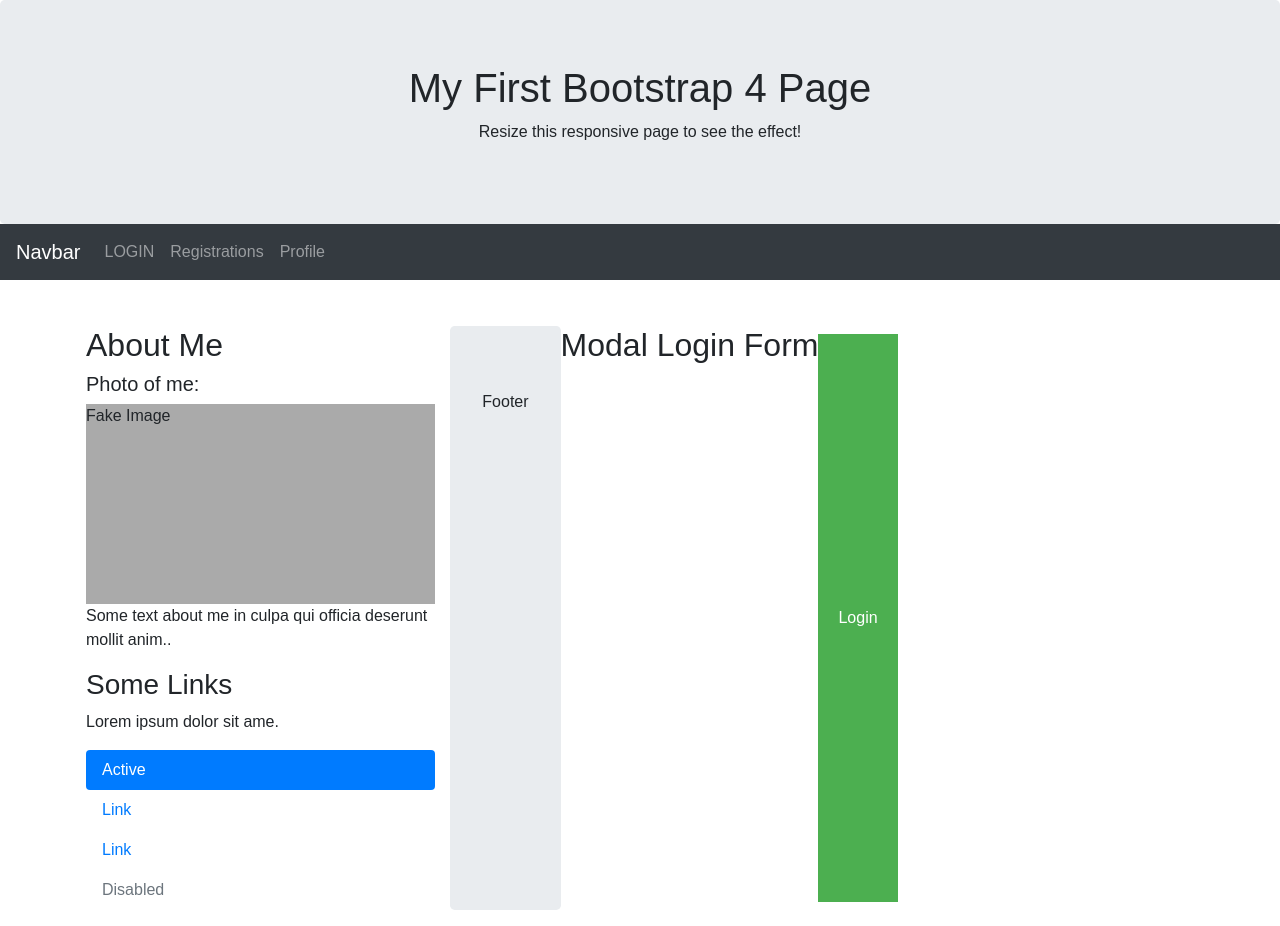
Repository: Ajaykrishna4774/springExamples
Page: deva/WebContent/NewFile.html
The author's editor kept a copy of each file at every save. The page is drawn from the files as they stood at one save, then again after the next save.
The browser window is 1280 px wide. The pictures show the whole page.

Above is the page before, as saved 2020-01-18 11:26:47.

After the next save:
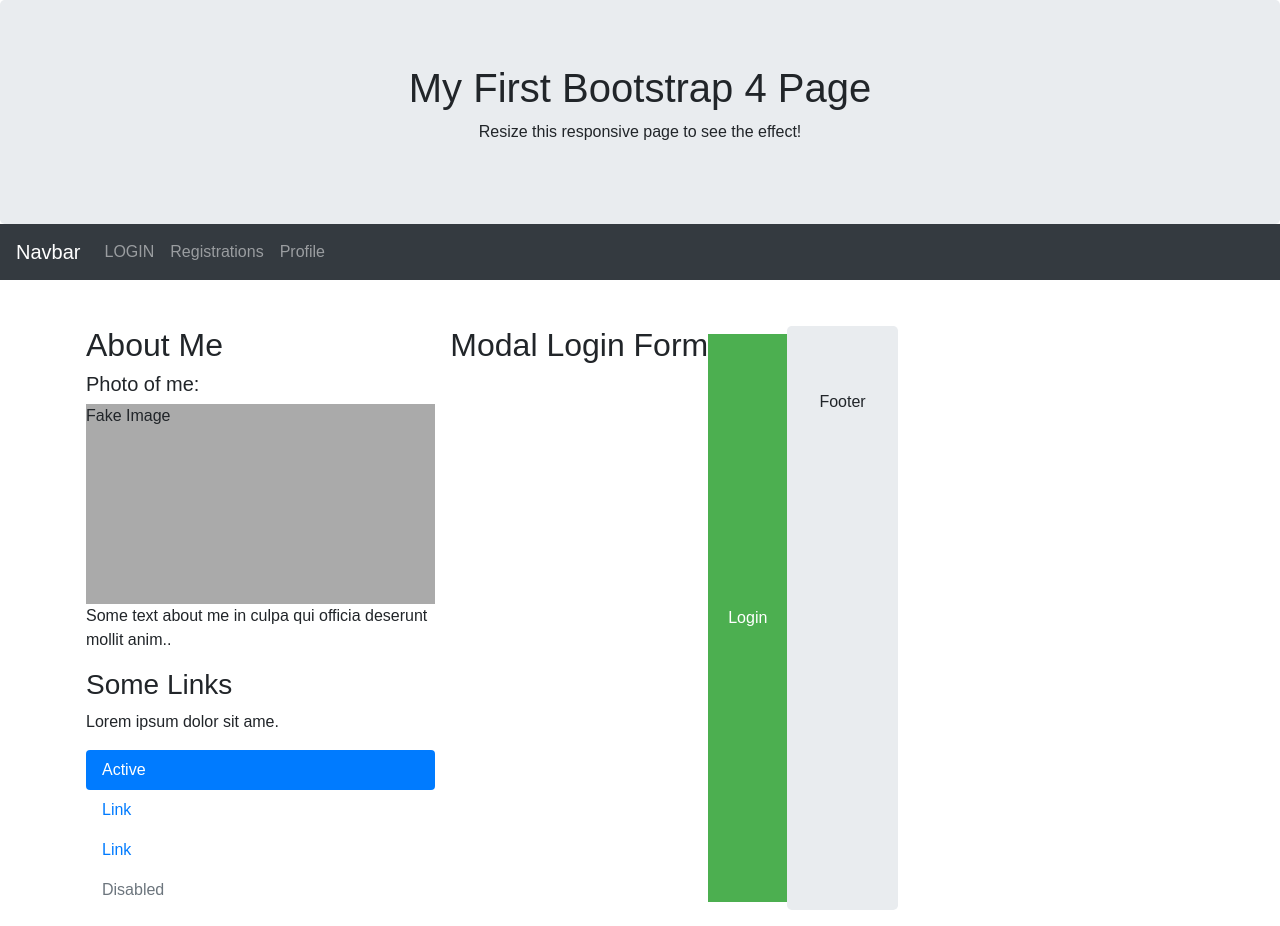
Saved 2 min 7 s later.
--- a/deva/WebContent/NewFile.html
+++ b/deva/WebContent/NewFile.html
@@ -192,9 +192,6 @@ span.psw {
       <hr class="d-sm-none">
     </div>
 
-<div class="jumbotron text-center" style="margin-bottom:0">
-  <p>Footer</p>
-</div>
 
 <h2>Modal Login Form</h2>
 
@@ -240,6 +237,9 @@ window.onclick = function(event) {
 }
 </script>
 
+<div class="jumbotron text-center" style="margin-bottom:0">
+  <p>Footer</p>
+</div>
 
 </body>
 </html>
